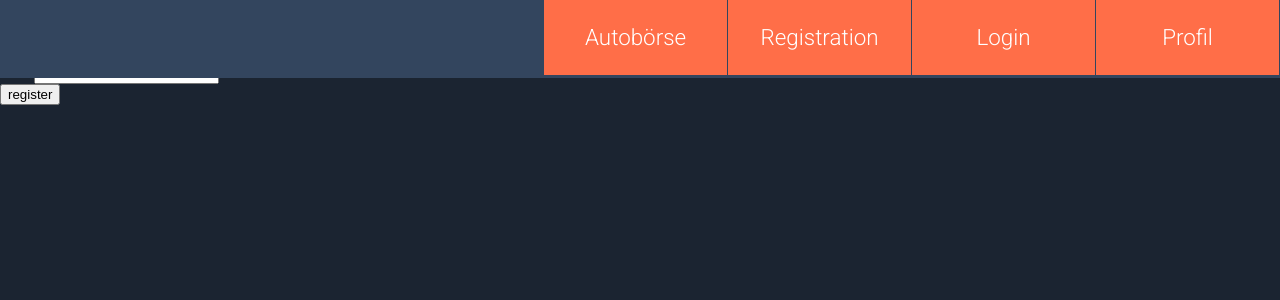
Repository: Turkelten/CarAdminstration
Page: http://localhost/Autobörse/registration.html
These files come from the project's save history. The page is drawn as it stood at one moment and after the next save; the edit follows.
The browser window is 1280 px wide. The pictures show the whole page.
The page is served by Tomcat 9.

Above is the page before, as saved 2020-07-18 17:51:05.

After the next save:
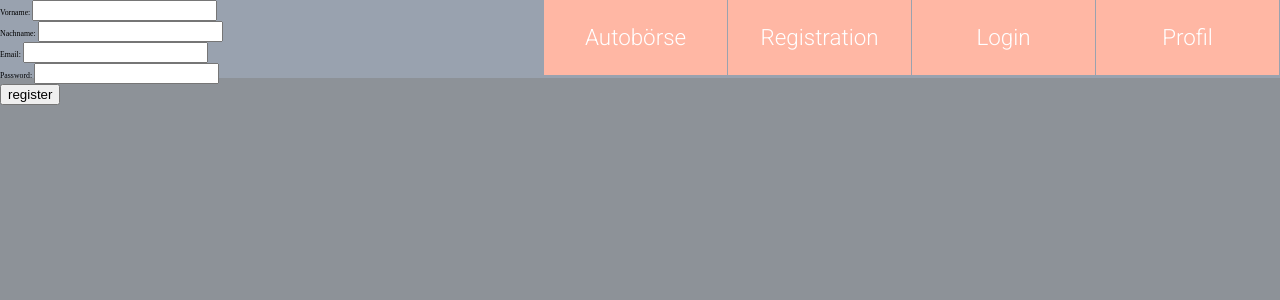
Saved 2 min 15 s later.
--- a/Autobörse/WebContent/style.css
+++ b/Autobörse/WebContent/style.css
@@ -201,9 +201,14 @@
 }
 
 .registration {
-  	display: block;
-  	margin-bottom: auto;
-  	margin-top: auto;
-    margin-left: auto;
-    margin-right: auto;
-}
+  	position:fixed;
+    padding:0;
+    margin:0;
+
+    top:0;
+    left:0;
+
+    width: 100%;
+    height: 100%;
+    background:rgba(255,255,255,0.5);
+}

After the save that followed:
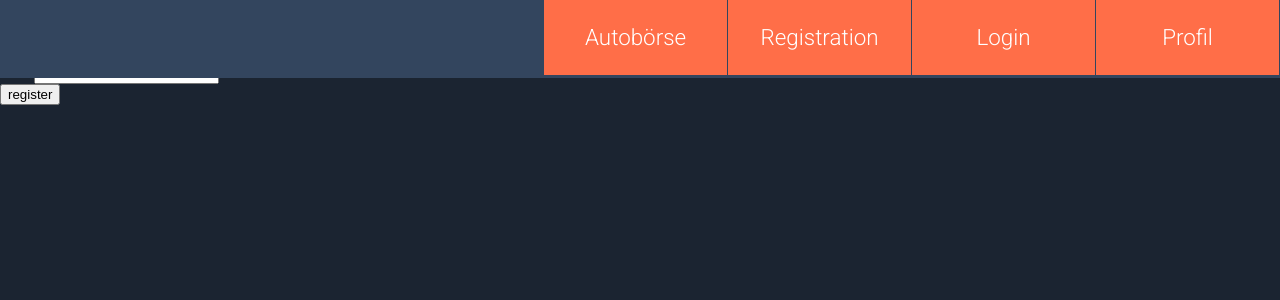
Saved 23 s later.
--- a/Autobörse/WebContent/style.css
+++ b/Autobörse/WebContent/style.css
@@ -200,7 +200,7 @@
   max-height: 500px;
 }
 
-.registration {
+.page {
   	position:fixed;
     padding:0;
     margin:0;
